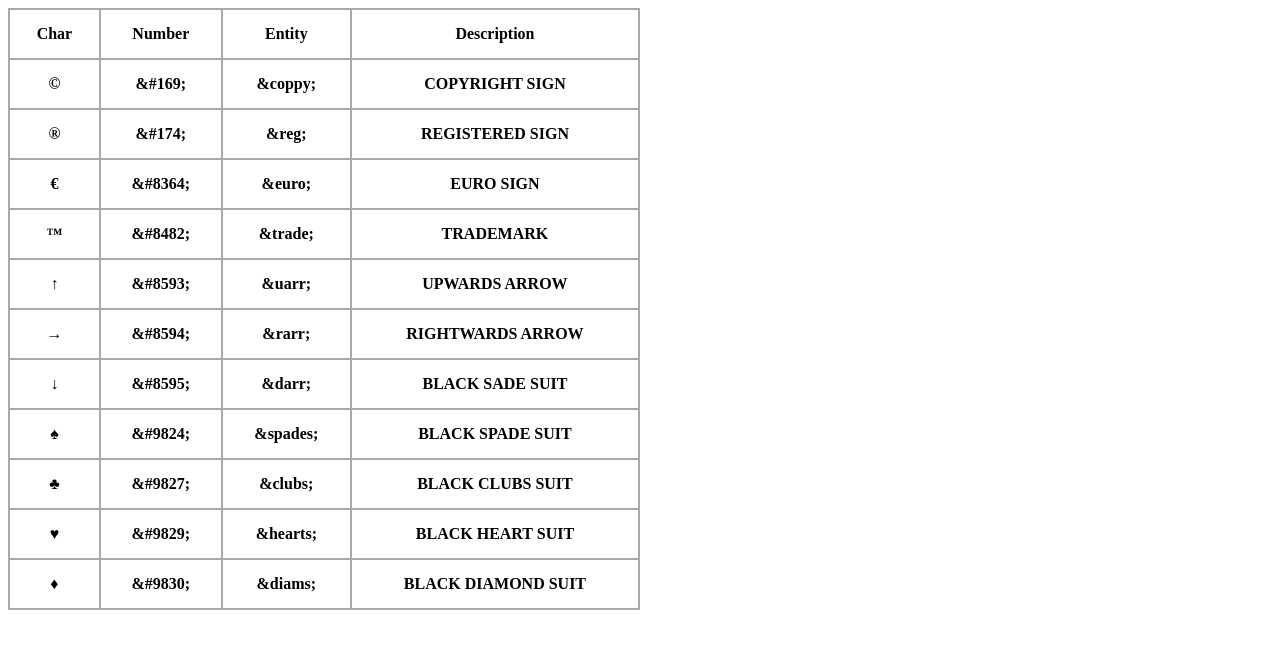
Repository: PhamChiXuan1/HTCNW_tuan3_DHCNTT16C_PhamChiXuan_20030131
Page: bt9.html
The author's editor kept a copy of each file at every save. The page is drawn from the files as they stood at one save, then again after the next save.
The browser window is 1280 px wide. The pictures show the whole page.

Above is the page before, as saved 2022-02-27 00:14:27.

After the next save:
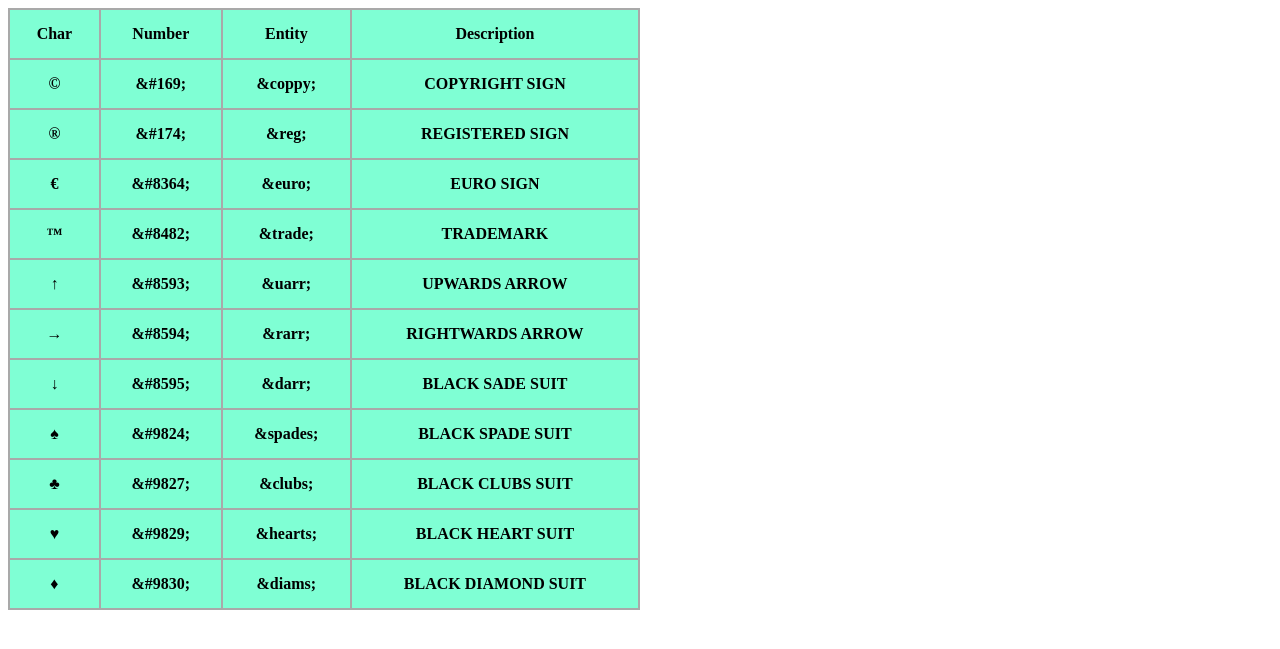
Saved 3 min 31 s later.
--- a/bt9.html
+++ b/bt9.html
@@ -18,7 +18,7 @@
     </style>
 </head>
 <body>
-    <table width="50%">
+    <table width="50%" style="background-color: aquamarine;">
         <tr>
             <th>Char </th>
             <th>Number</th>
